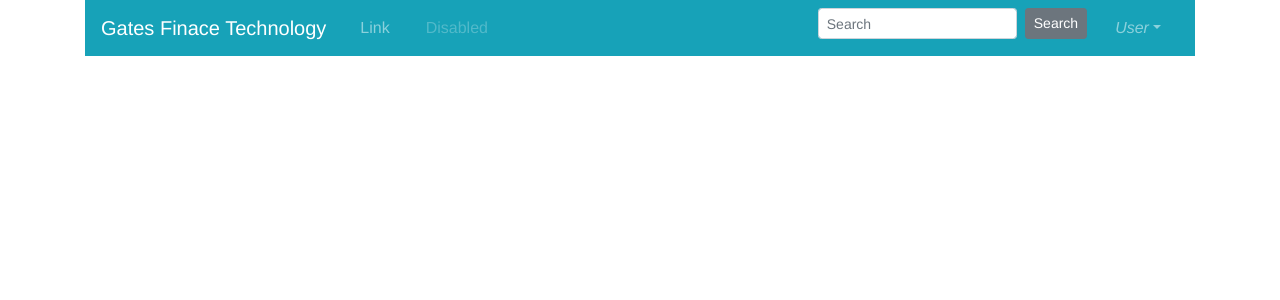
Repository: sqsssq/GatesFinace
Page: /main (app in webview/)
An editor plug-in stored every save of this project. The page is shown before and after the next save, followed by the edit.
The browser window is 1280 px wide. The pictures show the whole page.
The project was rebuilt for these pictures with package versions that can differ from the ones it lists, and the page was loaded fresh each time. Also part of the build but not shown: webview/src/components/HelloWorld.vue, webview/src/views/Home.vue.

Above is the page before, as saved 2020-11-03 08:55:25.

### webview/public/index.html
<!DOCTYPE html>
<html lang="en">
  <head>
    <meta charset="utf-8">
    <meta http-equiv="X-UA-Compatible" content="IE=edge">
    <meta name="viewport" content="width=device-width,initial-scale=1.0">
    <link rel="icon" href="<%= BASE_URL %>favicon.ico">
    <title><%= htmlWebpackPlugin.options.title %></title>
    <style>
      html, body{ margin:0; height:100%; }
    </style>
  </head>
  <body>
    <noscript>
      <strong>We're sorry but <%= htmlWebpackPlugin.options.title %> doesn't work properly without JavaScript enabled. Please enable it to continue.</strong>
    </noscript>
    <div id="app"></div>
    <!-- built files will be auto injected -->
  </body>
</html>

### webview/src/main.js
import Vue from 'vue'
import App from './App.vue'
import router from './router'
import store from './store'
import ElementUI from 'element-ui'
import 'element-ui/lib/theme-chalk/index.css'
import 'element-ui/lib/theme-chalk/base.css'
import { BootstrapVue, IconsPlugin } from 'bootstrap-vue'
import 'bootstrap/dist/css/bootstrap.css'
import 'bootstrap-vue/dist/bootstrap-vue.css'

Vue.config.productionTip = false
Vue.use(ElementUI);
Vue.use(BootstrapVue);
Vue.use(IconsPlugin);

new Vue({
  router,
  store,
  render: h => h(App)
}).$mount('#app')

### webview/src/App.vue
<template>
  <div id="app">
    <!-- <div id="nav">
      <router-link to="/">Home</router-link> |
      <router-link to="/about">About</router-link>
    </div> -->
    <router-view/>
  </div>
</template>

<style lang="stylus">
#app
  font-family Avenir, Helvetica, Arial, sans-serif
  -webkit-font-smoothing antialiased
  -moz-osx-font-smoothing grayscale
  text-align center
  color #2c3e50
  margin-top 0px
  height 100%
</style>

### webview/src/router/index.js
import Vue from 'vue'
import VueRouter from 'vue-router'
import Home from '../views/Home.vue'
import Main from '../views/main.vue'

Vue.use(VueRouter)

const routes = [
  {
    path: '/',
    name: 'Home',
    component: Home
  },
  {
    path: '/about',
    name: 'About',
    // route level code-splitting
    // this generates a separate chunk (about.[hash].js) for this route
    // which is lazy-loaded when the route is visited.
    component: () => import(/* webpackChunkName: "about" */ '../views/About.vue')
  },
  {
    path: '/main',
    name: 'Main',
    component: Main
  }
]

const router = new VueRouter({
  mode: 'history',
  base: process.env.BASE_URL,
  routes
})

export default router

### webview/src/views/main.vue
<!--
 * @Author: your name
 * @Date: 2020-11-01 17:40:45
 * @LastEditTime: 2020-11-03 08:31:04
 * @LastEditors: Please set LastEditors
 * @Description: In User Settings Edit
 * @FilePath: \webview\src\views\main.vue
-->
<template>
  <div class="container" style="height: 100% margin-left: 0px;">
    <!-- <img alt="Vue logo" src="../assets/logo.png"> -->
    <!-- <HelloWorld msg="Welcome to Your Vue.js App" style="height:100%"/> -->
    <gatesNavbar style="height: 100%" />
  </div>
</template>

<script>
// @ is an alias to /src
import HelloWorld from '@/components/HelloWorld.vue'
import gatesNavbar from '@/components/gatesNavbar.vue'

export default {
  name: 'Home',
  components: {
    gatesNavbar
  }
}
</script>

### webview/src/components/gatesNavbar.vue
<!--
 * @Author: your name
 * @Date: 2020-10-31 09:19:12
 * @LastEditTime: 2020-11-03 08:32:14
 * @LastEditors: Please set LastEditors
 * @Description: In User Settings Edit
 * @FilePath: \webview\src\components\HelloWorld.vue
-->
<template>
<div>
  <b-navbar toggleable="lg" type="dark" variant="info">
    <b-navbar-brand href="/main">Gates Finace Technology</b-navbar-brand>

    <b-navbar-toggle target="nav-collapse"></b-navbar-toggle>

    <b-collapse id="nav-collapse" is-nav>
      <b-navbar-nav>
        <b-nav-item href="#">Link</b-nav-item>
        <b-nav-item href="#" disabled>Disabled</b-nav-item>
      </b-navbar-nav>

      <!-- Right aligned nav items -->
      <b-navbar-nav class="ml-auto">
        <b-nav-form>
          <b-form-input size="sm" class="mr-sm-2" placeholder="Search"></b-form-input>
          <b-button size="sm" class="my-2 my-sm-0" type="submit">Search</b-button>
        </b-nav-form>

        <!-- <b-nav-item-dropdown text="Lang" right>
          <b-dropdown-item href="#">EN</b-dropdown-item>
          <b-dropdown-item href="#">ES</b-dropdown-item>
          <b-dropdown-item href="#">RU</b-dropdown-item>
          <b-dropdown-item href="#">FA</b-dropdown-item>
        </b-nav-item-dropdown> -->

        <b-nav-item-dropdown right>
          <!-- Using 'button-content' slot -->
          <template #button-content>
            <em>User</em>
          </template>
          <b-dropdown-item href="#">Profile</b-dropdown-item>
          <b-dropdown-item href="#">Sign Out</b-dropdown-item>
        </b-nav-item-dropdown>
      </b-navbar-nav>
    </b-collapse>
  </b-navbar>
</div>
</template>

<script>
import axios from 'axios';
export default {
  name: 'gatesNavbar',
  // props: {
  //   msg: String
  // }
  data () {
    return {
      msg: ''
    }
  },
  methods: {
  },
  created () {
    // console.log(2);
    // this.getmsg();
  },
  mounted () {

    // this.createLogo();
  }
}
</script>

<!-- Add "scoped" attribute to limit CSS to this component only -->
<style scoped lang="stylus">
h3 {
  letter-spacing: 3px;
  color: #fff;
  font-weight: 500;
  margin-bottom: 10px;
  margin-top: 10px;
  font-size: 15px;
}

h2 {
  margin-top: 10px;
  color: #fff;
  letter-spacing: 10px;
  // font-size: 40px
  font-size: 20px;
}

ul {
  list-style-type: none;
  padding: 0;
}

li {
  display: inline-block;
  margin: 0 10px;
}

a {
  color: #42b983;
}
</style>

Loaded but not shown: webview/src/store/index.js (common file)

After the next save:
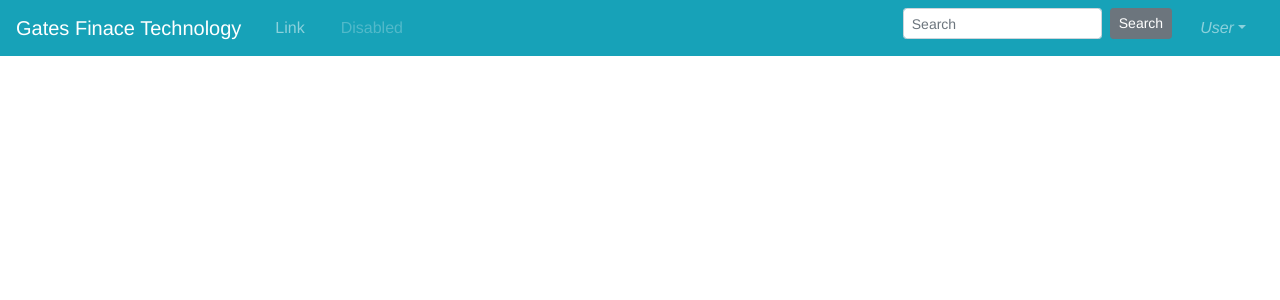
Saved 2 min 43 s later.
--- a/webview/src/views/main.vue
+++ b/webview/src/views/main.vue
@@ -7,7 +7,7 @@
  * @FilePath: \webview\src\views\main.vue
 -->
 <template>
-  <div class="container" style="height: 100% margin-left: 0px;">
+  <div class="container-fiuled" style="height: 100% margin-left: 0px;">
     <!-- <img alt="Vue logo" src="../assets/logo.png"> -->
     <!-- <HelloWorld msg="Welcome to Your Vue.js App" style="height:100%"/> -->
     <gatesNavbar style="height: 100%" />
